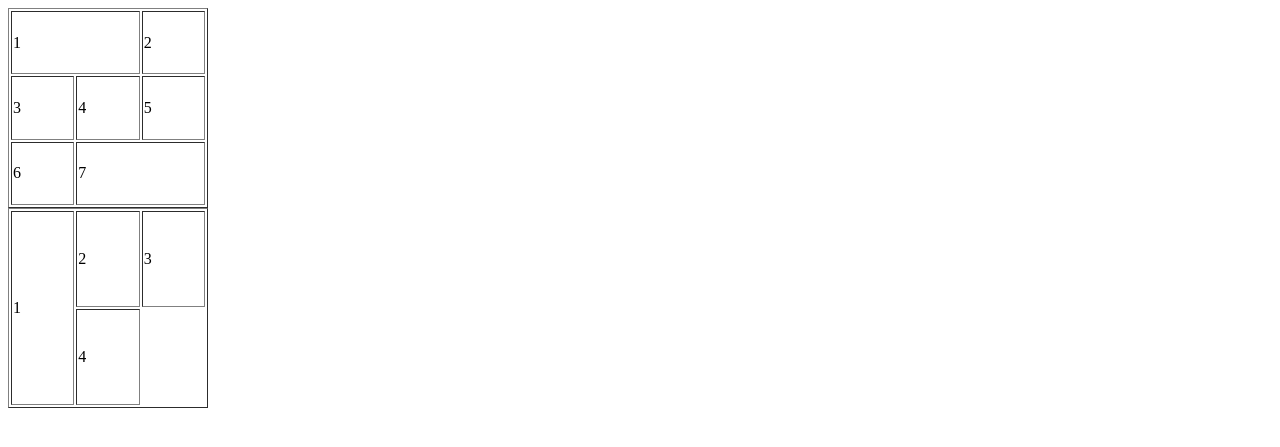
Repository: sungken/htmlProject
Page: ClientTest/src/main/webapp/html/ex17_table.html
These files come from the project's save history. The page is drawn as it stood at one moment and after the next save; the edit follows.
The browser window is 1280 px wide. The pictures show the whole page.

Above is the page before, as saved 2024-03-13 07:14:50.

After the next save:
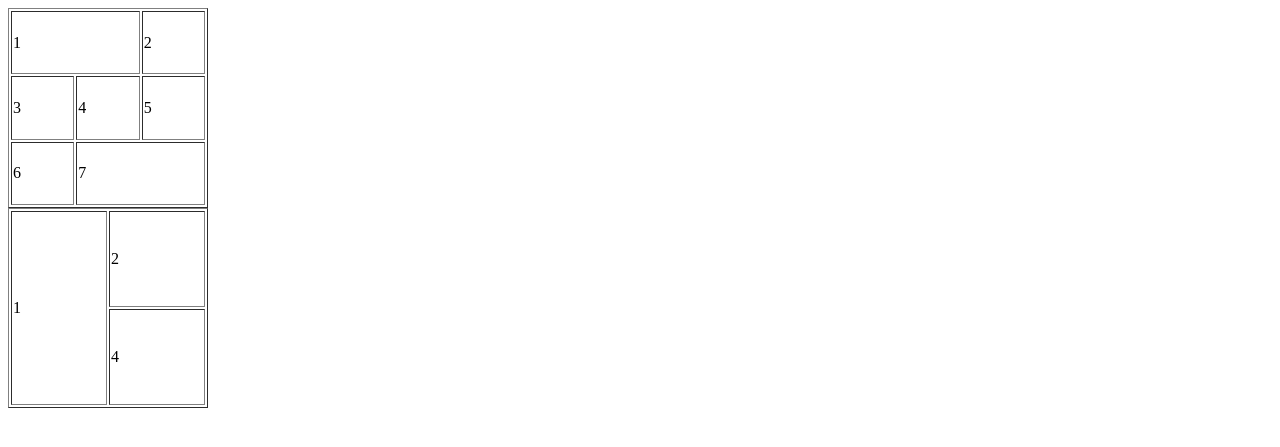
Saved 28 s later.
--- a/ClientTest/src/main/webapp/html/ex17_table.html
+++ b/ClientTest/src/main/webapp/html/ex17_table.html
@@ -27,7 +27,6 @@
 		<tr>
 			<td rowspan="2">1</td>
 			<td>2</td>
-			<td>3</td>
 		</tr>
 		<tr>
 
